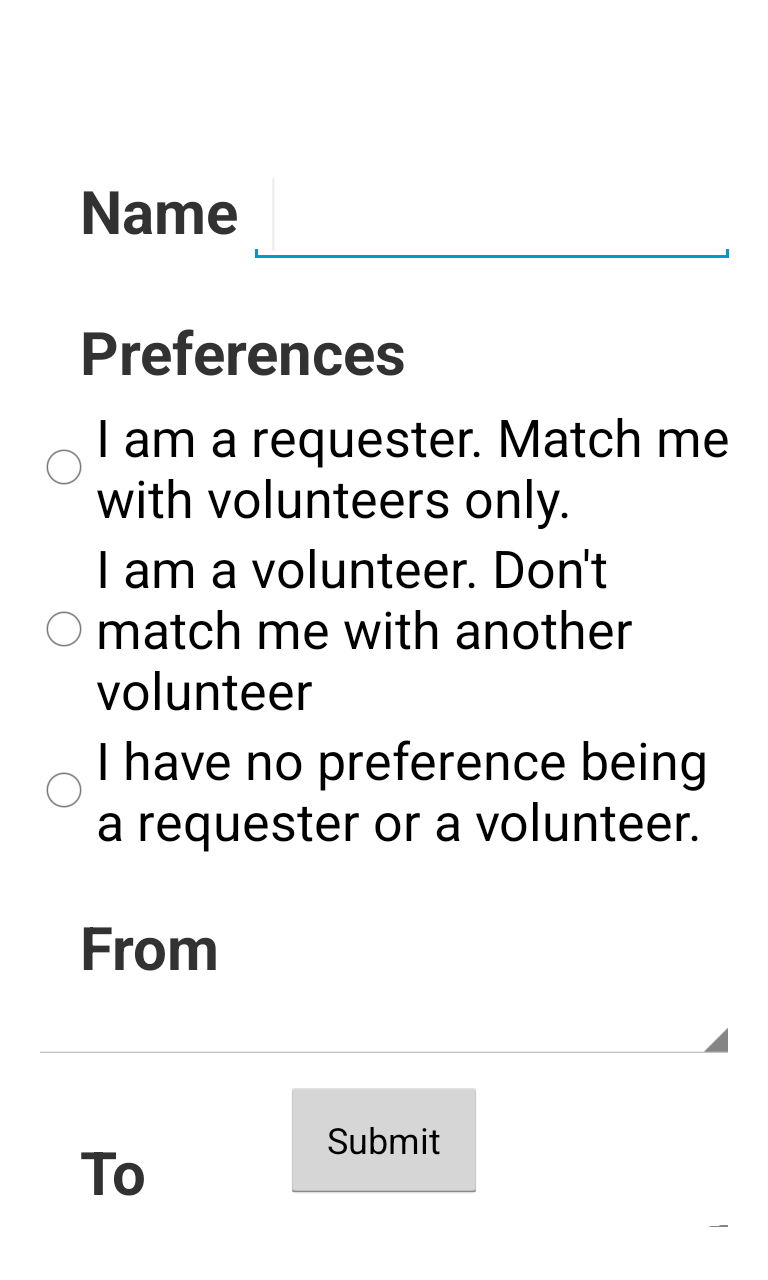
Repository: rwillmot/CS180-SafeWalk-Phase2
Layout: SafeWalkAndroidClient/res/layout/client_fragment_layout.xml
The author's editor kept a copy of each file at every save. The layout is drawn from the files as they stood at one save, then again after the next save.
It is drawn on a 768 x 1280 px phone screen (xhdpi) without system bars, with theme AppTheme; the app's code is not run.

Above is the layout before, as saved 2014-12-02 22:30:05.

### SafeWalkAndroidClient/res/layout/client_fragment_layout.xml
<RelativeLayout xmlns:android="http://schemas.android.com/apk/res/android"
    xmlns:tools="http://schemas.android.com/tools"
    android:layout_width="match_parent"
    android:layout_height="match_parent"
    android:paddingBottom="@dimen/activity_vertical_margin"
    android:paddingLeft="@dimen/activity_horizontal_margin"
    android:paddingRight="@dimen/activity_horizontal_margin"
    android:paddingTop="@dimen/activity_vertical_margin"
    tools:context="edu.purdue.rwillmo.MainActivity" >

    <!-- TODO your layout here -->

    <Button
        android:id="@+id/bu_submit"
        android:layout_width="wrap_content"
        android:layout_height="wrap_content"
        android:layout_alignParentBottom="true"
        android:layout_centerHorizontal="true"
        android:layout_marginBottom="24dp"
        android:enabled="true"
        android:gravity="center"
        android:minHeight="60dp"
        android:minWidth="100dp"
        android:onClick="onSubmit"
        android:padding="@dimen/padding"
        android:text="@string/submit" />

    <EditText
        android:id="@+id/tv_name"
        android:layout_width="wrap_content"
        android:layout_height="wrap_content"
        android:layout_alignBaseline="@+id/et_name"
        android:layout_alignBottom="@+id/et_name"
        android:layout_toRightOf="@+id/et_name"
        android:ems="10"
        android:inputType="text"
        android:text=""
        android:textSize="26sp" >

        <requestFocus />
    </EditText>

    <TextView
        android:id="@+id/et_name"
        android:layout_width="wrap_content"
        android:layout_height="wrap_content"
        android:layout_alignParentLeft="true"
        android:layout_alignParentTop="true"
        android:layout_marginLeft="19dp"
        android:layout_marginTop="64dp"
        android:padding="@dimen/padding"
        android:text="Name"
        android:textSize="30sp"
        android:textStyle="bold" />

    <RadioGroup

        android:id="@+id/radioGroup1"
        android:layout_width="fill_parent"
        android:layout_height="wrap_content"
        android:orientation="vertical"
        android:layout_below="@+id/et_preferences"
        android:textSize="30sp">



    <RadioButton
        android:id="@+id/radio_requester"
        android:layout_width="wrap_content"
        android:layout_height="wrap_content"
        android:layout_above="@+id/radio_volunteer"
        android:layout_alignLeft="@+id/radio_volunteer"
        android:onClick="onRadioButtonClicked"
        android:text="I am a requester. Match me with volunteers only."
        android:textSize="26sp" />
    <RadioButton
        android:id="@+id/radio_volunteer"
        android:layout_width="wrap_content"
        android:layout_height="wrap_content"
        android:layout_alignRight="@+id/tv_name"
        android:layout_centerVertical="true"
        android:layout_below="@+id/radio_requester"
        android:onClick="onRadioButtonClicked"
        android:text="I am a volunteer. Don&apos;t match me with another volunteer"
        android:textSize="26sp" />
    <RadioButton
        android:id="@+id/radio_neutral"
        android:layout_width="wrap_content"
        android:layout_height="wrap_content"
        android:layout_below="@+id/radio_volunteer"
        android:layout_alignLeft="@+id/radio_requester"
        android:onClick="onRadioButtonClicked"
        android:text="I have no preference being a requester or a volunteer."
        android:textSize="26sp"/>
</RadioGroup>

      <TextView
        android:id="@+id/et_preferences"
        android:layout_width="wrap_content"
        android:layout_height="wrap_content"
        android:layout_below="@+id/et_name"

        android:layout_marginLeft="19dp"
        android:layout_marginTop="20dp"
        android:padding="@dimen/padding"
        android:text="Preferences"
        android:textSize="30sp"
        android:textStyle="bold" />

      <TextView
        android:id="@+id/et_from"
        android:layout_width="wrap_content"
        android:layout_height="wrap_content"
        android:layout_below="@+id/radioGroup1"

        android:layout_marginLeft="19dp"
        android:layout_marginTop="20dp"
        android:padding="@dimen/padding"
        android:text="From"
        android:textSize="30sp"
        android:textStyle="bold" />

      <TextView
        android:id="@+id/et_to"
        android:layout_width="wrap_content"
        android:layout_height="wrap_content"
        android:layout_below="@+id/from_spinner"
        android:layout_marginLeft="19dp"
        android:layout_marginTop="20dp"
        android:padding="@dimen/padding"
        android:text="To"
        android:textSize="30sp"
        android:textStyle="bold" />

     <Spinner
         android:id="@+id/from_spinner"
         android:layout_width="fill_parent"
         android:layout_height="wrap_content"
         android:layout_below="@+id/et_from"
         android:layout_marginBottom="10dp" />
     <Spinner
         android:id="@+id/to_spinner"
         android:layout_width="fill_parent"
         android:layout_height="wrap_content"
         android:layout_below="@+id/et_to"

         android:layout_marginBottom="10dp" />

</RelativeLayout>

### SafeWalkAndroidClient/res/values/styles.xml
<resources xmlns:android="http://schemas.android.com/apk/res/android">

    <!--
        Base application theme, dependent on API level. This theme is replaced
        by AppBaseTheme from res/values-vXX/styles.xml on newer devices.
    -->
    <style name="AppBaseTheme" parent="android:Theme.Light">
        <!--
            Theme customizations available in newer API levels can go in
            res/values-vXX/styles.xml, while customizations related to
            backward-compatibility can go here.
        -->
    </style>

    <!-- Application theme. -->
    <style name="AppTheme" parent="AppBaseTheme">

        <!-- All customizations that are NOT specific to a particular API-level can go here. -->
    </style>

    <style name="TitleBarText">
        <item name="android:layout_width">0dp</item>
        <item name="android:layout_height">fill_parent</item>
        <item name="android:layout_weight">1</item>
        <item name="android:gravity">center_vertical</item>
        <item name="android:textSize"> 17sp </item>
        <item name="android:paddingLeft">12dip</item>
        <item name="android:paddingRight">12dip</item>
        <item name="android:textColor">@color/white</item>
        <item name="android:singleLine">true</item>
        <item name="android:ellipsize">end</item>
    </style>

    <style name="ActionBarButton">
        <item name="android:layout_width">wrap_content</item>
        <item name="android:layout_height">wrap_content</item>
        <item name="android:background">@color/menu_button</item>
        <item name="android:textColor">@color/white</item>
        <item name="android:ellipsize">end</item>
        <item name="android:singleLine">true</item>
        <item name="android:textSize">@dimen/text_size_small</item>
    </style>

    <style name="MyActionBar" parent="@android:style/Widget.Holo.Light.ActionBar">
        <item name="android:background">@color/action_bar</item>
    </style>

</resources>

### SafeWalkAndroidClient/res/values/dimens.xml
<resources>

    <!-- Default screen margins, per the Android Design guidelines. -->
    <dimen name="activity_horizontal_margin">16dp</dimen>
    <dimen name="activity_vertical_margin">16dp</dimen>
    <dimen name="padding">5dp</dimen>
    <dimen name="title_size">28sp</dimen>
    <dimen name="text_size_medium">24sp</dimen>
    <dimen name="text_size_small">20sp</dimen>
    <dimen name="margin_bigline">20dp</dimen>
    <dimen name="min_button_width">100dp</dimen>
    <dimen name="margin_top">50dp</dimen>
    <dimen name="margin_left">60dp</dimen>
    <dimen name="margin_right">60dp</dimen>

    <dimen name="margin_line">30dp</dimen>

</resources>

### SafeWalkAndroidClient/res/values/colors.xml
<resources>

    <!-- Default screen margins, per the Android Design guidelines. -->
    <color name="white">#FFFFFFFF</color>
    <color name="light_grey">#FFD8D9DF</color>
    <color name="dark_grey">#FF595C6E</color>
    <color name="salmon">#FFFFA239</color>
    <color name="submit">#FFAD5700</color>
    <color name="action_bar">#991B1969</color>
    <color name="menu_button">#FF545385</color>
</resources>

### SafeWalkAndroidClient/res/values/strings.xml
<?xml version="1.0" encoding="utf-8"?>
<resources>
    <string name="app_name">SafeWalk</string>
    <string name="server">Server</string>
    <string name="client">Client</string>
    <string name="submit">Submit</string>
    <string name="match">Match</string>
    <string name="start_over">Start Over</string>
    <string name="default_host">10.0.2.2</string>
    <string name="default_port">8888</string>
    <string name="default_command">:FAKE_COMMAND</string>
    <string name="host">Host</string>
    <string name="port">Port</string>
</resources>

Loaded but not shown: SafeWalkAndroidClient/res/values-v11/styles.xml (common file); SafeWalkAndroidClient/res/values-v14/styles.xml (common file); SafeWalkAndroidClient/res/values-w820dp/dimens.xml (common file)

After the next save:
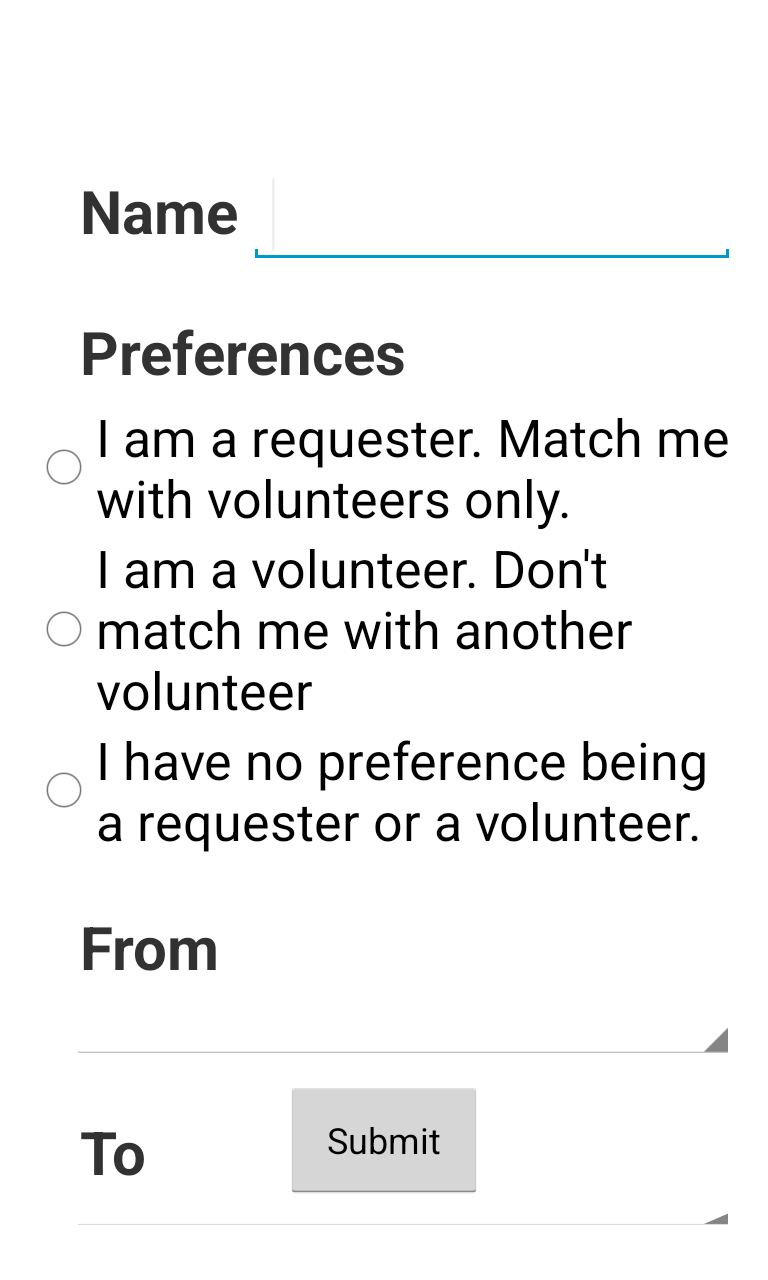
Saved 77 s later.
--- a/SafeWalkAndroidClient/res/layout/client_fragment_layout.xml
+++ b/SafeWalkAndroidClient/res/layout/client_fragment_layout.xml
@@ -133,17 +133,18 @@
         android:textStyle="bold" />
 
      <Spinner
+         android:id="@+id/to_spinner"
+         android:layout_width="fill_parent"
+         android:layout_height="wrap_content"
+         android:layout_alignLeft="@+id/et_to"
+         android:layout_below="@+id/et_to"
+         android:layout_marginBottom="10dp" />
+
+     <Spinner
          android:id="@+id/from_spinner"
          android:layout_width="fill_parent"
          android:layout_height="wrap_content"
-         android:layout_below="@+id/et_from"
-         android:layout_marginBottom="10dp" />
-     <Spinner
-         android:id="@+id/to_spinner"
-         android:layout_width="fill_parent"
-         android:layout_height="wrap_content"
-         android:layout_below="@+id/et_to"
-
-         android:layout_marginBottom="10dp" />
+         android:layout_alignLeft="@+id/et_from"
+         android:layout_below="@+id/et_from" />
 
 </RelativeLayout>
